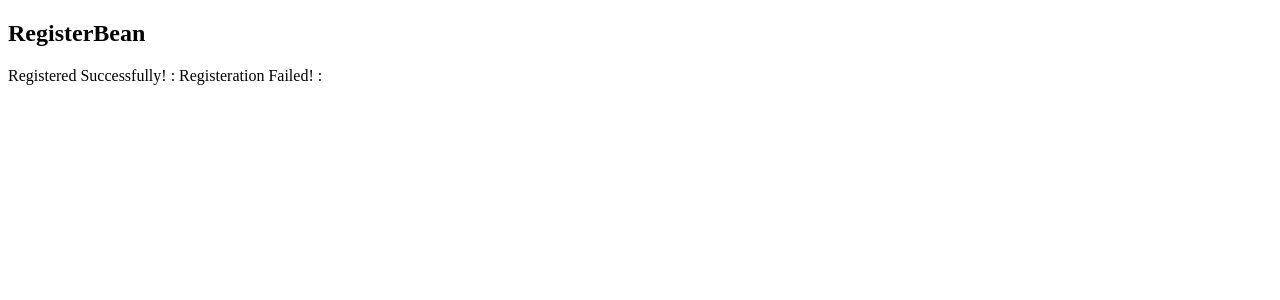
Repository: KD3-86679-Shraddha-Jadhav/AdvancesJava
Page: http://localhost/VotingAppusingJSPandJavaBeans/register.jsp
These files come from the project's save history. The page is drawn as it stood at one moment and after the next save; the edit follows.
The browser window is 1280 px wide. The pictures show the whole page.
The page is served by Tomcat 9. Other server files are loaded and not shown.

Above is the page before, as saved 2024-12-05 14:51:35.

### Assign04/VotingAppusingJSPandJavaBeans/src/main/webapp/register.jsp
<%@ page language="java" contentType="text/html; charset=ISO-8859-1"
    pageEncoding="ISO-8859-1"%>
<!DOCTYPE html>
<html>
<head>
<meta charset="ISO-8859-1">
<title>Registeration bean</title>
</head>
<body>
  <h2>RegisterBean
  </h2>
	<div>
		<%-- create bean object --%>
		<jsp:useBean id="cb1" class="com.sunbeam.RegisterationBean"/>
		<%-- set bean field values from req parameters --%>
		<jsp:setProperty name="cb1" property="firstname" param="fname" />
		<jsp:setProperty name="cb1" property="lastname" param="lname" />
		<jsp:setProperty name="cb1" property="email" param="email" />
		<jsp:setProperty name="cb1" property="passwd" param="passwd" />
		<jsp:setProperty name="cb1" property="dob" param="dob" />
		<%-- call business logic --%>

		<%-- add a veriable in given scope --%>
        <c:if test="${count == null}">
          <c:set var="count" value="0" scope="session"/>
             </c:if>

	<%-- choose-when statement to implement if-else ladder --%>
	<c:choose>
		<c:when test="${register.count == 1}">
			Registered Successfully! : ${count }
		</c:when>
		<c:otherwise>
			Registeration Failed! :${count }
		</c:otherwise>
	</c:choose>


	</div>

</body>
</html>

### Assign04/VotingAppusingJSPandJavaBeans/src/main/java/com/sunbeam/RegisterationBean.java
package com.sunbeam;


import java.sql.Date;

import com.sunbeam.daos.UserDao;
import com.sunbeam.daos.UserDaoImpl;
import com.sunbeam.entities.Candidate;
import com.sunbeam.entities.User;

public class RegisterationBean {
  private String firstname;
  private String lastname;
  private String email;
  private String passwd;
  private String dob;
  private int status;
  String role="voter";
  private int count;

public int getCount() {
	return count;
}
public void setCount(int count) {
	this.count = count;
}
public RegisterationBean() {

}
public String getFirstname() {
	return firstname;
}
public void setFirstname(String firstname) {
	this.firstname = firstname;
}
public String getLastname() {
	return lastname;
}
public void setLastname(String lastname) {
	this.lastname = lastname;
}
public String getEmail() {
	return email;
}
public void setEmail(String email) {
	this.email = email;
}
public String getPasswd() {
	return passwd;
}
public void setPasswd(String passwd) {
	this.passwd = passwd;
}
public String getDob() {
	return dob;
}
public void setDob(String dob) {
	this.dob = dob;
}
public int getStatus() {
	return status;
}
public void setStatus(int status) {
	this.status = status;
}


public void Register() {
	Date d= Date.valueOf(dob);
	try (UserDao userDao = new UserDaoImpl()) {
		User u= new User(0,firstname,lastname,email,passwd,d,0,role);
		 count = userDao.save(u);
		String msg = "User Registered" + count;

	} catch (Exception e) {
		e.printStackTrace();
	}
}


}

### Assign04/VotingAppusingJSPandJavaBeans/src/main/java/com/sunbeam/daos/UserDao.java
/**
 * Course: Advanced Computing (DAC) @ Sunbeam Infotech
 * Author: Nilesh Ghule <nilesh@sunbeaminfo.com>
 * Date: Nov 5, 2024
 */

package com.sunbeam.daos;

import java.util.List;

import com.sunbeam.entities.User;

public interface UserDao extends AutoCloseable {
	List<User> findAll() throws Exception;
	User findById(int id) throws Exception;
	User findByEmail(String email) throws Exception;
	int save(User u) throws Exception;
}

After the next save:
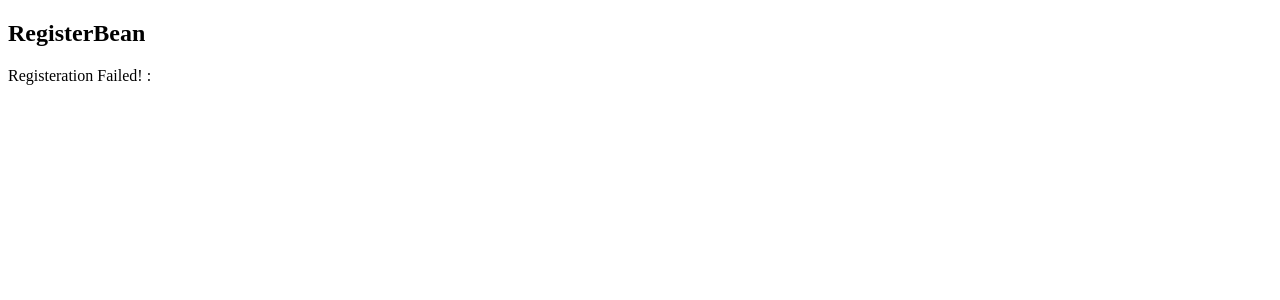
Saved 3 min 3 s later.
--- a/Assign04/VotingAppusingJSPandJavaBeans/src/main/webapp/register.jsp
+++ b/Assign04/VotingAppusingJSPandJavaBeans/src/main/webapp/register.jsp
@@ -1,5 +1,7 @@
 <%@ page language="java" contentType="text/html; charset=ISO-8859-1"
     pageEncoding="ISO-8859-1"%>
+  <%@ taglib prefix="c" uri="http://java.sun.com/jsp/jstl/core" %>
+
 <!DOCTYPE html>
 <html>
 <head>
@@ -21,13 +23,12 @@
 		<%-- call business logic --%>
 
 		<%-- add a veriable in given scope --%>
-        <c:if test="${count == null}">
-          <c:set var="count" value="0" scope="session"/>
-             </c:if>
+
+
 
 	<%-- choose-when statement to implement if-else ladder --%>
 	<c:choose>
-		<c:when test="${register.count == 1}">
+		<c:when test="${cb1.count == 1}">
 			Registered Successfully! : ${count }
 		</c:when>
 		<c:otherwise>
